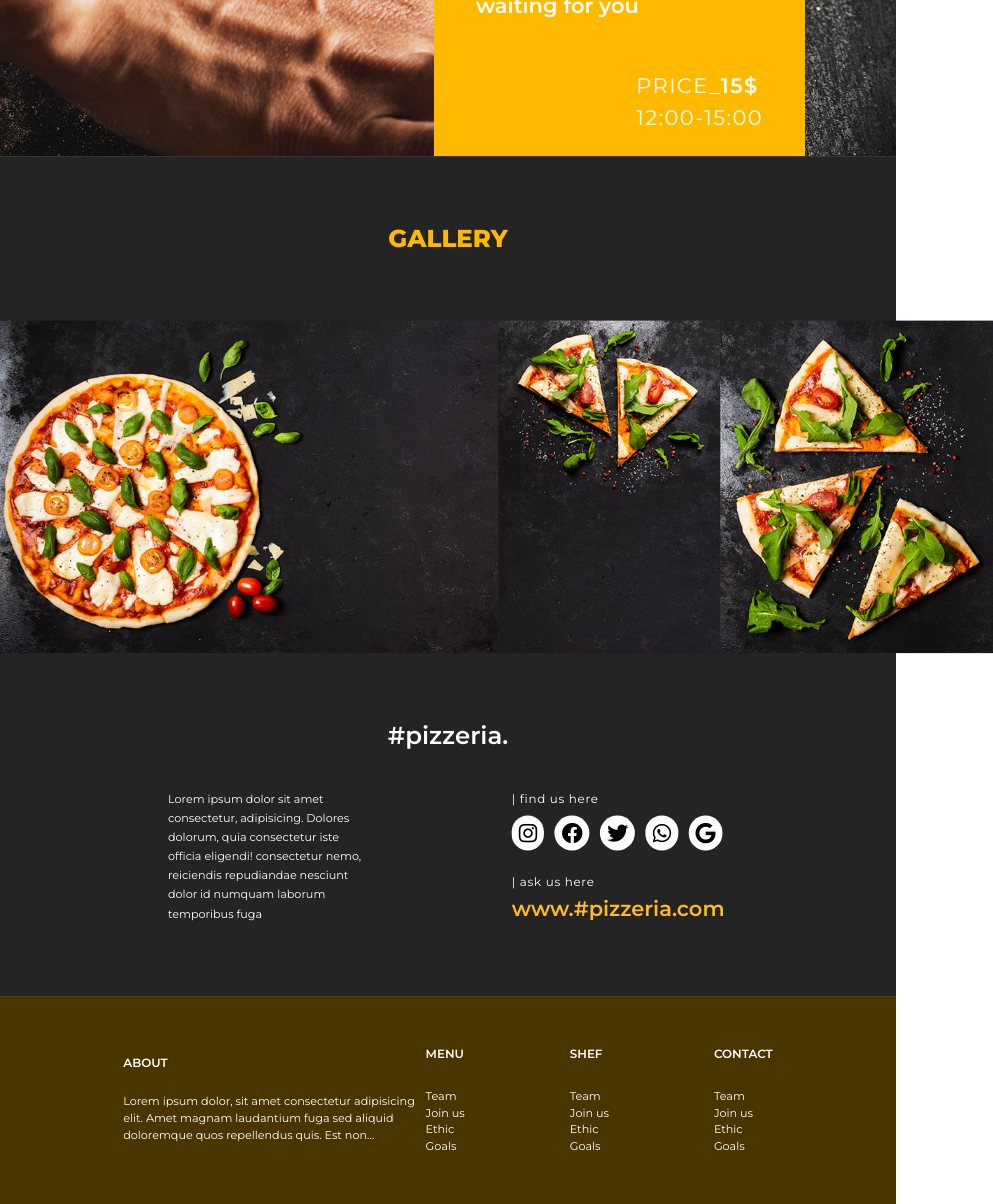
Repository: phu1204/pizzeria.github.io
Page: index.html
An editor plug-in stored every save of this project. The page is shown before and after the next save, followed by the edit.
The browser window is 1280 px wide. The page is 1419 px wide, so the pictures cover 1419 px, including what lies to the right of the window. The pictures show the part of the page from y = 3070 to 4790 px (the page is 4790 px tall), at 70% of full size.
The style sheet was rebuilt from its Sass, Less or Tailwind sources for each picture, by a compiler version that may differ from the author's.

Above is the page before, as saved 2021-07-30 10:12:21.

After the next save:
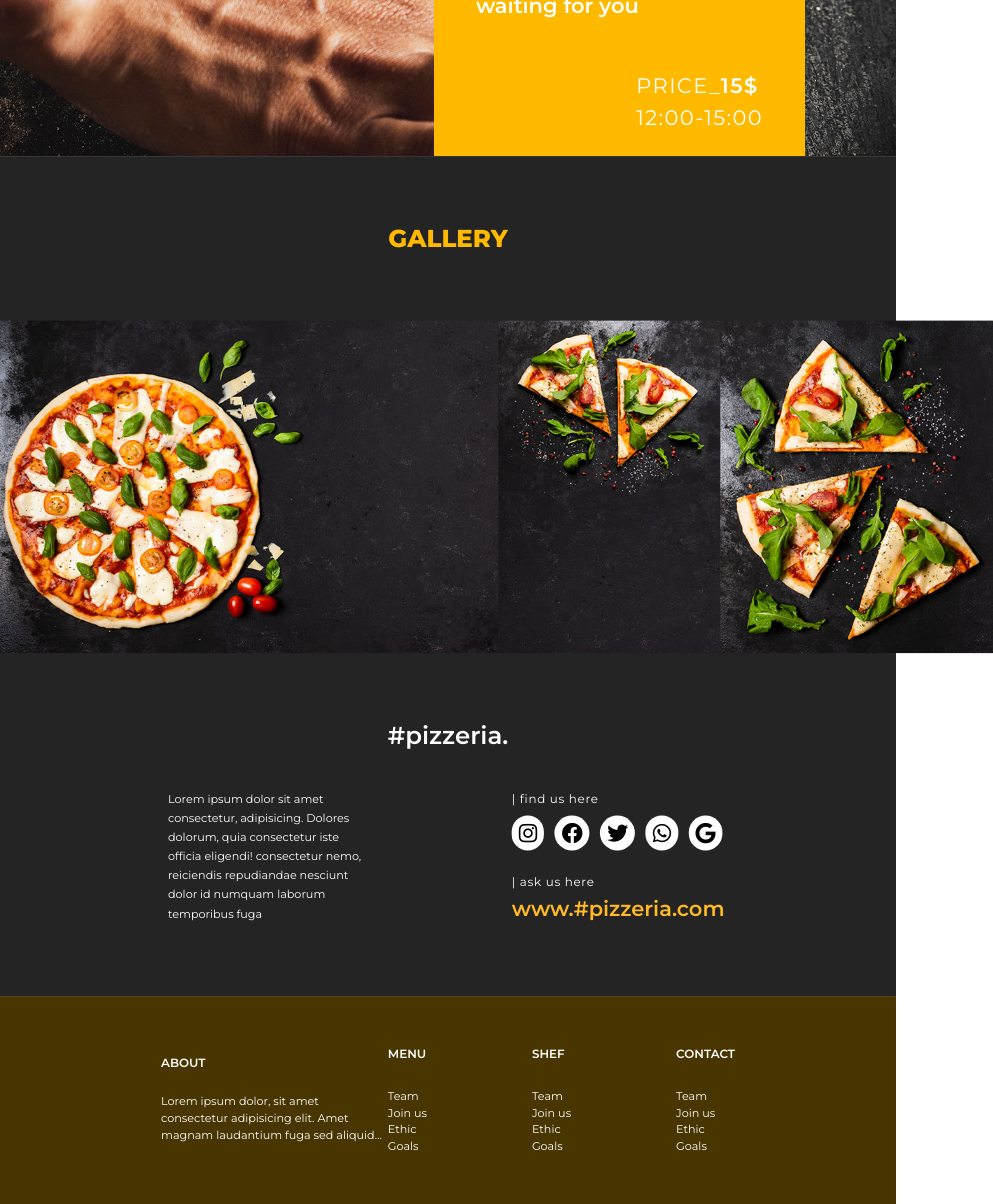
Saved 5 s later.
--- a/scss/_footer.scss
+++ b/scss/_footer.scss
@@ -10,7 +10,7 @@
 
   &-about{
       width: 280px;
-        flex-basis: 40%;
+        flex-basis: 30%;
   }
 
   &-item:not(:last-child){
